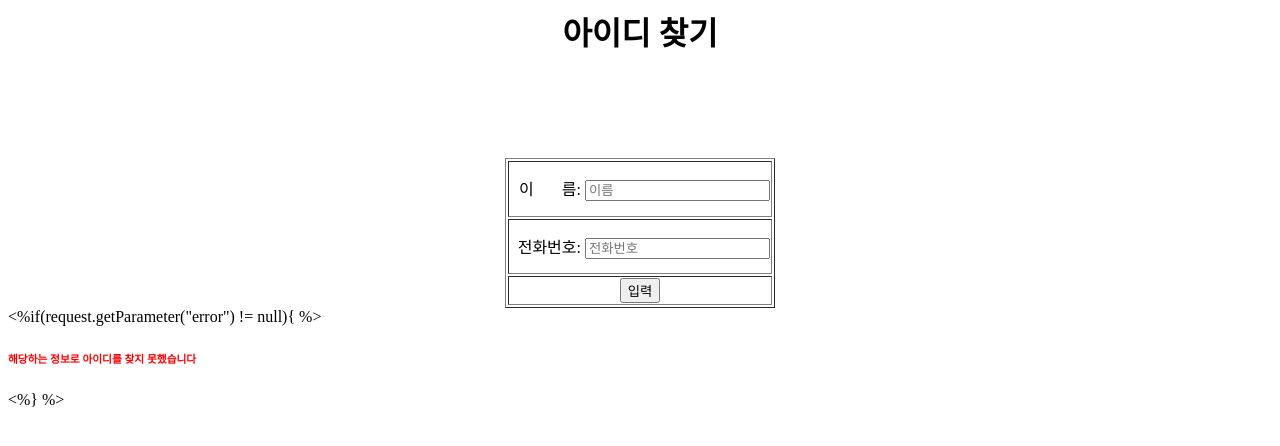
Repository: leeseokh/jquery
Page: workspace/MemberPj/WebContent/html/아디, 비번 찾기/id찾기.html
These files come from the project's save history. The page is drawn as it stood at one moment and after the next save; the edit follows.
The browser window is 1280 px wide. The pictures show the whole page.

Above is the page before, as saved 2021-06-18 00:34:54.

After the next save:
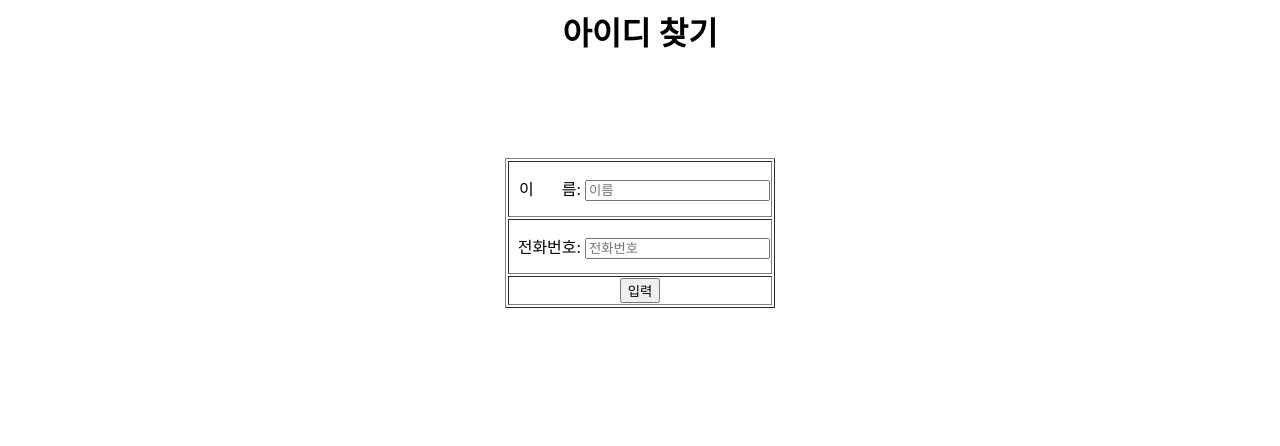
Saved 22 s later.
--- a/workspace/MemberPj/WebContent/html/아디, 비번 찾기/id찾기.html
+++ b/workspace/MemberPj/WebContent/html/아디, 비번 찾기/id찾기.html
@@ -42,9 +42,5 @@
 		</table>
 
 	</form>
-   <!-- error에 대한 처리 -->
-   <%if(request.getParameter("error") != null){ %>
-   <h6><font color="red">해당하는 정보로 아이디를 찾지 못했습니다</font></h6>
-   <%} %>
 </body>
 </html>
